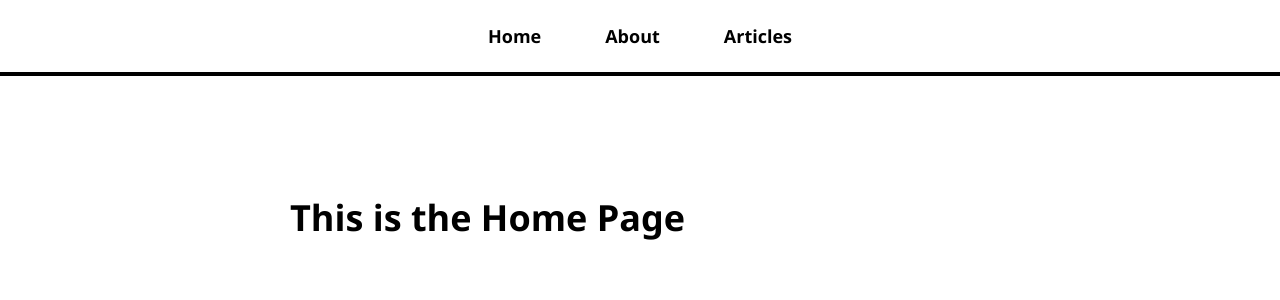
Repository: ShindanoSingi/full-stack-course
Page: / (app in my-blog/)
These files come from the project's save history. The page is drawn as it stood at one moment and after the next save; the edit follows.
The browser window is 1280 px wide. The pictures show the whole page.
The project was rebuilt for these pictures with package versions that can differ from the ones it lists, and the page was loaded fresh each time. Also part of the build but not shown: my-blog/src/pages/About.js, my-blog/src/pages/ArticlePage.js, my-blog/src/pages/ArticlesListPage.js, my-blog/src/pages/NotFoundPage.js.

Above is the page before, as saved 2022-12-05 00:12:00.

After the next save:
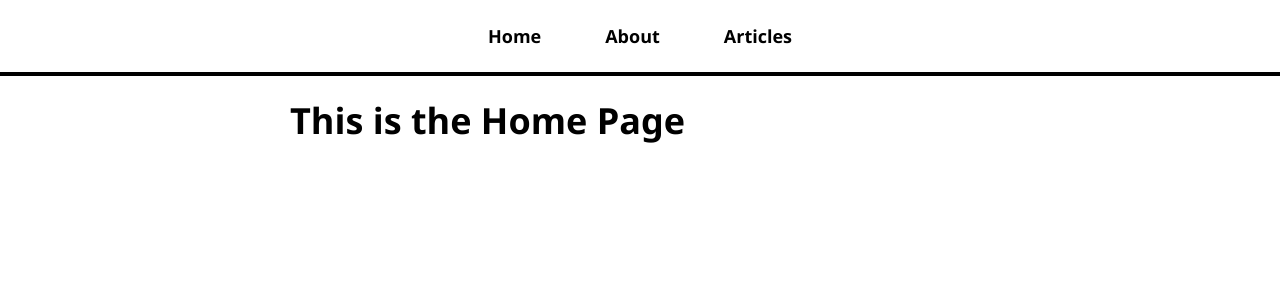
Saved 2 min 28 s later.
--- a/my-blog/src/App.js
+++ b/my-blog/src/App.js
@@ -13,7 +13,6 @@ function App() {
       return (
             <div className="App">
             <NavBar/>
-                  <h1>My Awesome Blog</h1>
                   <div id="page-body">
                         <Routes>
                               <Route path="/" element={<HomePage />} />
